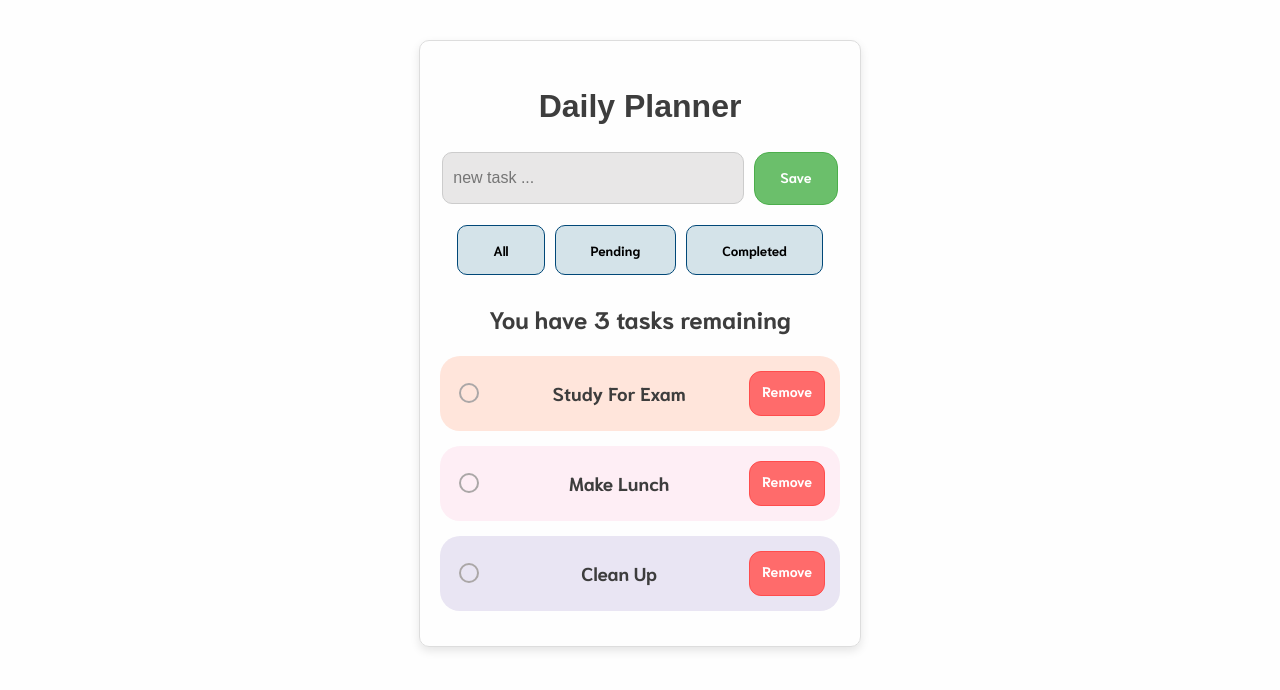
Repository: Zalida-Khan/Frontend-Lab4
Page: /
An editor plug-in stored every save of this project. The page is shown before and after a run of saves, followed by the edit.
The browser window is 1280 px wide. The pictures show the whole page.
Some web fonts or font styles are not loaded; a fallback is used. The project was rebuilt for these pictures with package versions that can differ from the ones it lists, and the page was loaded fresh each time. Also part of the build but not shown: vite.config.js.

Above is the page before, as saved 2024-10-29 23:10:55.

### index.html
<!doctype html>
<html lang="en">

<head>
  <meta charset="UTF-8" />
  <link rel="icon" type="image/svg+xml" href="/vite.svg" />
  <meta name="viewport" content="width=device-width, initial-scale=1.0" />
  <title>Daily Planner</title>
</head>

<body>
  <div id="root"></div>
  <script type="module" src="/src/main.jsx"></script>
</body>

</html>

### src/App.jsx
import "./App.css";
import React, { useState } from "react";
import Task from "./components/Task";
import TaskForm from "./components/TaskForm";

function App() {
  const [tasks, setTasks] = useState([
    { id: 1, text: "Study For Exam", completed: false },
    { id: 2, text: "Make Lunch", completed: false },
    { id: 3, text: "Clean Up", completed: false },
  ]);


  const [filter, setFilter] = useState("All");

  const addTask = (text) =>
    setTasks([...tasks, { id: Date.now(), text, completed: false }]);

  const toggleTask = (id) =>
    setTasks(
      tasks.map((task) =>
        task.id === id ? { ...task, completed: !task.completed } : task
      )
    );

  const removeTask = (id) => setTasks(tasks.filter((task) => task.id !== id));

  const handleFilterChange = (newFilter) => setFilter(newFilter);

  const filteredTasks = tasks.filter((task) => {
    if (filter === "Completed") return task.completed;
    if (filter === "Pending") return !task.completed;
    return true;
  });

  const remainingTasks = tasks.filter((task) => !task.completed).length;

  return (
    <div className="app">
      <header>
        <h1>Daily Planner</h1>
      </header>
      <TaskForm addTask={addTask} />
      <div className="filter-buttons">
        <button onClick={() => handleFilterChange("All")}>All</button>
        <button onClick={() => handleFilterChange("Pending")}>Pending</button>
        <button onClick={() => handleFilterChange("Completed")}>Completed</button>
      </div>
      <h2>
        You have {remainingTasks}{" "}
        {remainingTasks === 1 ? "task" : "tasks"} remaining
      </h2>
      <div className="task-list">
      {filteredTasks.map((task) => (
          <Task
            key={task.id}
            task={task}
            toggleTask={toggleTask}
            removeTask={removeTask}
            isDisabled={task.completed}
          />
        ))}
      </div>
    </div>
  );
}

export default App;

### src/index.css
:root {
  font-family: Inter, system-ui, Avenir, Helvetica, Arial, sans-serif;
  line-height: 1.5;
  font-weight: 400;

  color-scheme: light dark;
  color: rgba(0, 0, 0, 0.87);
  background-color: #fefefe;

  font-synthesis: none;
  text-rendering: optimizeLegibility;
  -webkit-font-smoothing: antialiased;
  -moz-osx-font-smoothing: grayscale;
}

### src/App.css
@font-face {
  font-family: "Ruska";
  src: url("../fonts/RuskaDisplay-Regular.otf") format("opentype");
  font-weight: normal;
  font-style: normal;
}

@font-face {
  font-family: "Niramit";
  src: url("../fonts/Niramit-Bold.ttf") format("truetype");
  font-weight: normal;
  font-style: normal;
}

#root {
  max-width: 1280px;
  margin: 0 auto;
  padding: 2rem;
  text-align: center;
  font-family: "Niramit", sans-serif;
  color: #3d3d3d;
}

.app {
  width: 400px;
  margin: 0 auto;
  padding: 20px;
  font-family: "Niramit", sans-serif;
  border: 1px solid #ddd;
  border-radius: 10px;
  box-shadow: 0 4px 10px rgba(0, 0, 0, 0.1);
}

h1 {
  font-family: "Ruska", sans-serif;
  font-weight: 50px;
  color: #3d3d3d;
}

.task-list {
  margin-top: 20px;
}

.task {
  display: flex;
  align-items: center;
  justify-content: space-between;
  margin-bottom: 15px;
  padding: 15px;
  border-radius: 20px;
  font-family: "Niramit", sans-serif;
}

.task:nth-child(6n+1) {
  background-color: #ffe5db;
}

.task:nth-child(6n+2) {
  background-color: #feeef5;
}

.task:nth-child(6n+3) {
  background-color: #e9e5f3;
}

.task:nth-child(6n+4) {
  background-color: #e0edf4;
}

.task:nth-child(6n+5) {
  background-color: #f0f8e6;
}

.task:nth-child(6n) {
  background-color: #fbfbef;
}

.task h3 {
  margin: 0;
  flex-grow: 1;
  text-decoration: none;
  font-family: "Niramit", sans-serif;
}

.task.completed h3 {
  text-decoration: line-through 2px solid;
}

.checkmark {
  appearance: none;
  width: 20px;
  height: 20px;
  border-radius: 50%;
  border: 2px solid #aba7a7;
  background-color: transparent;
  display: flex;
  align-items: center;
  justify-content: center;
  cursor: pointer;
  margin-right: 10px;
}

.checkmark:checked {
  background-color: #c6eada;
  border: 2px solid #198754;
}

.checkmark:checked::after {
  content: '✔️';
  color: #3d3d3d;
}

.checkmark:disabled {
  cursor: not-allowed;
  background-color: #d3d3d3;
  border-color: #d3d3d3;
}

.delete-btn {
  padding: 10px 12px;
  border-radius: 12px;
  padding-bottom: 15px;
  font-family: "Niramit", sans-serif;
  background-color: #ff6b6b;
  border: 1px solid #ff4c4c;
  color: white;
  cursor: pointer;
  font-size: 14px;
  transition: background-color 0.3s;
}

.delete-btn:hover {
  background-color: #ff4c4c;
}

.save-btn {
  padding: 15px 25px;
  border-radius: 15px;
  padding-bottom: 18px;
  background-color: #6bbf6b;
  border: 1px solid #4cae4c;
  font-family: "Niramit", sans-serif;
  color: white;
  cursor: pointer;
  font-size: 14px;
  transition: background-color 0.3s;
}

.save-btn:hover {
  background-color: #4cae4c;
}

.input-field {
  width: 70%;
  height: 30px;
  padding: 10px;
  border-radius: 10px;
  background-color: #e8e7e7;
  margin-right: 10px;
  border: 1px solid #ccc;
  font-size: 16px;
  outline: none;
  color: black;
  transition: border-color 0.3s;
}

.input-field:focus {
  border-color: #000000;
}

.filter-buttons {
  margin-top: 15px;
  margin-right: 5px;
  margin-left: 5px;
justify-content: space-between
;}

.filter-buttons button {
  padding: 15px 35px;
  border: 1px solid #014878;
  border-radius: 10px;
  background-color: #d4e3e9;
  font-family: "Niramit", sans-serif;
  cursor: pointer;
  transition: background-color 0.3s, color 0.3s;
  margin: 5px;
}

.filter-buttons button:hover {
  background-color: #0468ac;
}

.filter-buttons .active {
  background-color: #01543e;
  color: white;
}

### src/components/Task.jsx
import React from 'react';

function Task({ task, toggleTask, removeTask, isDisabled }) {
  return (
    <div className={`task ${task.completed ? 'completed' : ''}`}>
      <label className="checkmark-label"/>
      <input className="checkmark" type="checkbox" checked={task.completed} onChange={() => toggleTask(task.id)}
      disabled={isDisabled} />
      <h3>{task.text}</h3>
      <button className="delete-btn" onClick={() => removeTask(task.id)}>Remove</button>
    </div>
  );
}

export default Task;

### src/components/TaskForm.jsx
import React, { useState } from 'react';

function TaskForm({ addTask }) {
  const [text, setText] = useState('');

  const handleSubmit = (e) => {
    e.preventDefault();
    if (text.trim()) {
      addTask(text);
      setText('');
    }
  };

  return (
    <form onSubmit={handleSubmit}>
      <input className="input-field" type="text" value={text} onChange={(e) => setText(e.target.value)} placeholder="new task ..." />
      <button className="save-btn" type="submit">Save</button>
    </form>
  );
}

export default TaskForm;

Loaded but not shown: src/main.jsx (common file)

After the next 2 saves:
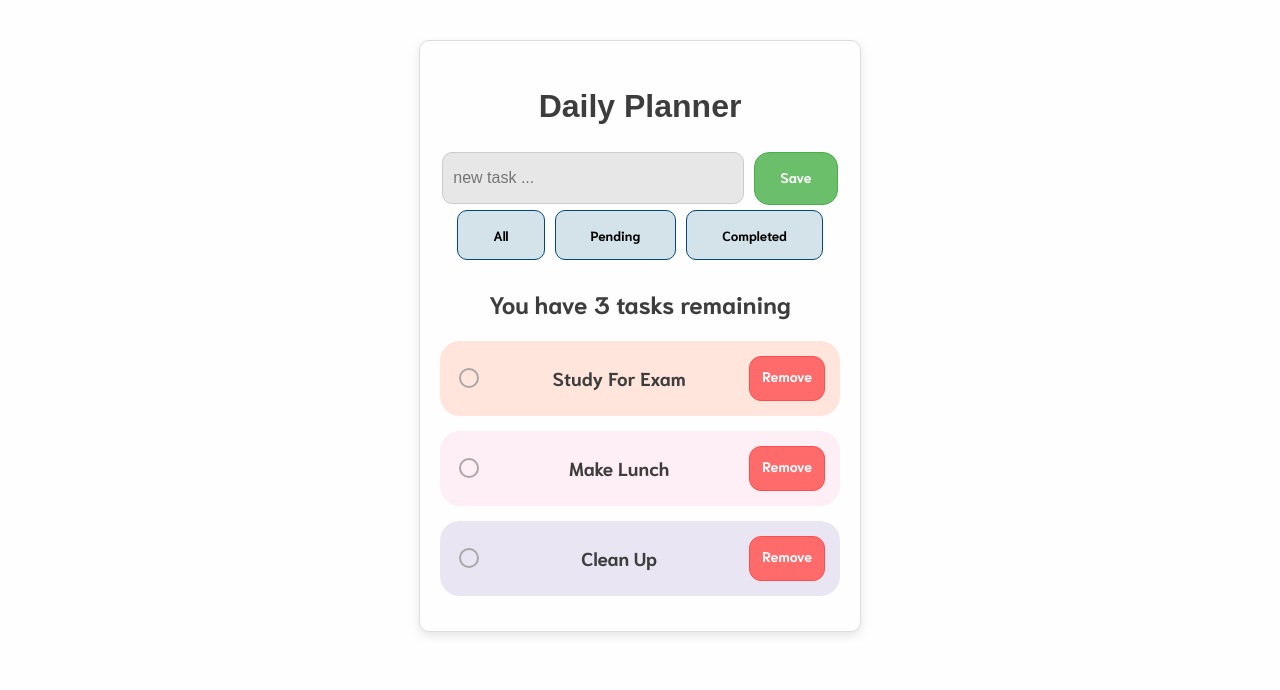
The 2 saves are shown as one change because they came seconds apart.
The last was saved 7 s later.
--- a/src/App.css
+++ b/src/App.css
@@ -170,8 +170,7 @@ h1 {
 
 .filter-buttons {
   margin-top: 15px;
-  margin-right: 5px;
-  margin-left: 5px;
+  margin: auto;
 justify-content: space-between
 ;}
 
